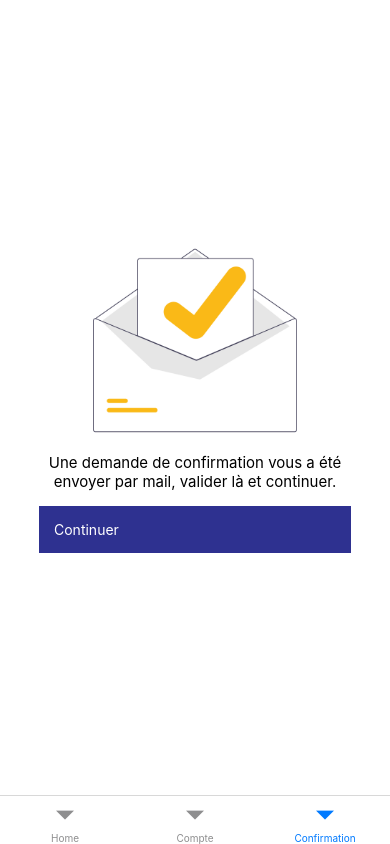
Repository: Norlan-20/Last-Afrilink
Screen: /Confirmation
The author's editor kept a copy of each file at every save. The screen is drawn from the files as they stood at one save, then again after the next save.
The app was drawn by React Native's web renderer in a window 390 px wide. The project was rebuilt for these pictures with package versions that can differ from the ones it lists, and the page was loaded fresh each time. Also part of the build but not shown: screen/User.js.

Above is the screen before, as saved 2021-09-25 03:55:04.

### App.js
/* eslint-disable prettier/prettier */
import React from 'react'
import {View} from 'react-native'
import { NavigationContainer } from '@react-navigation/native'
import { createNativeStackNavigator } from '@react-navigation/native-stack'
import { createBottomTabNavigator } from '@react-navigation/bottom-tabs'
import HomeScreen from './screen/Home'
import UserScreen from './screen/User'
import ConfirmationScreen from './screen/Confirmation'

const Tab = createBottomTabNavigator();
const Stack = createNativeStackNavigator();


const App = () => {
  return (
    <NavigationContainer>
      <Tab.Navigator screenOptions={{headerShown: false}} >
        <Tab.Screen name="Home" component={HomeScreen}/>
        <Tab.Screen name="Compte" component={UserScreen}/>
        <Tab.Screen name="Confirmation" component={ConfirmationScreen}/>
      </Tab.Navigator>
    </NavigationContainer>
  );
};

export default App;

### screen/Home.js
/* eslint-disable prettier/prettier */
import React from 'react';
import {View, Text, StyleSheet, StatusBar, Dimensions, ScrollView} from 'react-native';
import { Header, Icon, Image, SearchBar } from 'react-native-elements';
import Categorie from '../component/categorie';
import Produit from '../component/produit';
// import EvilIcons from 'react-native-vector-icons/EvilIcons';

const {width,height} = Dimensions.get('window');
const fond = '#F7F7F7';
const primary = '#2e3190';
const search = '#DDDDDD';

const HomeScreen = props => {
    return (
        <View style={styles.container}>
            <StatusBar hidden={false}/>
            <Header
                leftComponent={<Icon name="navicon" type="evilicon" size={40} color="#FFF"/>}
                centerComponent={<Image source={require('../assets/logobleu.jpg')} style={{width: 200, height: 50}} />}
                rightComponent={<Icon name="cart" type="evilicon" size={40} color="#FFF"/>}
                backgroundColor={primary}
            />
            <SearchBar
                placeholder="Rechercher"
                round
                lightTheme
                containerStyle={{ width: width,backgroundColor: fond, borderWidth: 0}}
                inputContainerStyle={{ height: 45, backgroundColor: search, borderRadius: 150 }}
                inputStyle={{ height: 45,backgroundColor: search }}
                // searchIcon={<Icon name="user" type="ionicon" />}
                showCancel
                cancelIcon
                onClear
                style={{width: width}}
            />
            <ScrollView>
                <Categorie nom="Catégorie" />
                <Produit nom="Vedette" />
            </ScrollView>
        </View>
    );
};

const styles = StyleSheet.create({
    container:{
        flex: 1,
        backgroundColor: '#F7F7F7',
    },
});

export default HomeScreen;

### screen/Confirmation.js
/* eslint-disable prettier/prettier */
import React from 'react';
import  { View, Text, StyleSheet, Dimensions, Image } from 'react-native';
import { Continuer } from '../component/button';

const {width} = Dimensions.get('window');
const fond = '#F7F7F7';
const primary = '#2e3190';

const ConfirmationScreen = () => {
    return (
        <View style={styles.container}>
            <Image source={require('../assets/mailsent.png')} style={{ width: width - 100, height: width / 2}}/>
            <Text style={styles.message}>Une demande de confirmation vous a été envoyer par mail, valider là et continuer.</Text>
            <Continuer />
        </View>
    );
};

const styles = StyleSheet.create({
    container:{
        flex: 1,
        backgroundColor: '#FFF',
        alignItems: 'center',
        justifyContent: 'center',
    },
    message:{
        width: width - (width / 5),
        textAlign: 'center',
        fontSize: 15,
        marginTop: 15
    },
});

export default ConfirmationScreen;

### component/button.js
/* eslint-disable prettier/prettier */
import React from 'react'
import { TouchableOpacity, Text, Dimensions, StyleSheet } from 'react-native'

const {width} = Dimensions.get('window');
const primary = '#2e3190';

export const Continuer = () => {
    return(
        <TouchableOpacity style={ styles.continuer }>
            <Text style={styles.textWhite}>Continuer</Text>
        </TouchableOpacity>
    );
};

const styles = StyleSheet.create({
    continuer: {
        backgroundColor: primary,
        width: width - (width / 5),
        marginTop: 15,
        flexDirection: 'row',
        padding: 15,
    },
    textWhite: {
        color: '#FFFFFF',
    },
});

Loaded but not shown: component/categorie.js (library); component/produit.js (library)

After the next save:
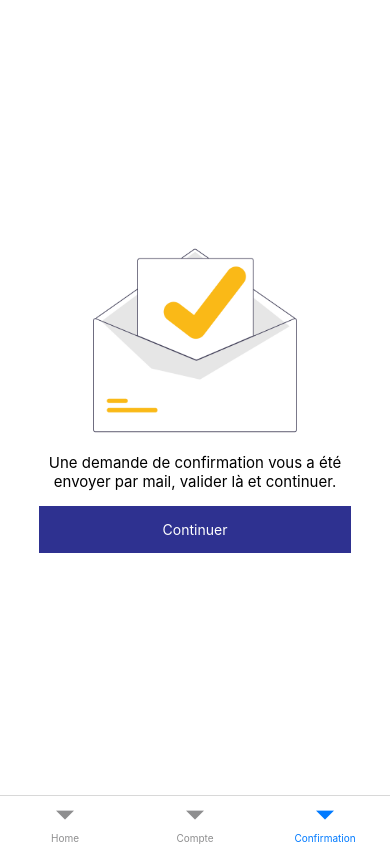
Saved 51 s later.
--- a/component/button.js
+++ b/component/button.js
@@ -20,6 +20,7 @@ const styles = StyleSheet.create({
         marginTop: 15,
         flexDirection: 'row',
         padding: 15,
+        justifyContent: 'center',
     },
     textWhite: {
         color: '#FFFFFF',
